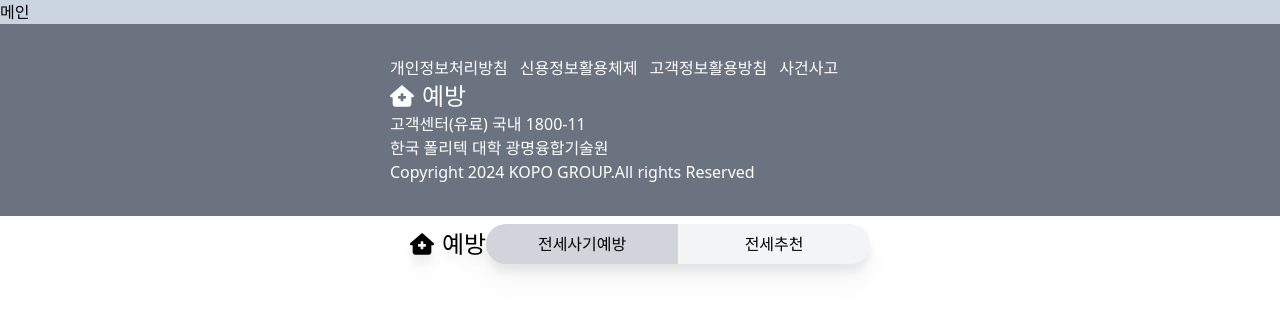
Repository: hanaTI-team-1/frontend
Page: /
These files come from the project's save history. The page is drawn as it stood at one moment and after the next save; the edit follows.
The browser window is 1280 px wide. The pictures show the whole page.
The project was rebuilt for these pictures with package versions that can differ from the ones it lists, and the page was loaded fresh each time. Also part of the build but not shown: vite.config.js, src/App.css, src/components/Recommend.jsx, src/components/Protect.jsx.

Above is the page before, as saved 2024-07-11 21:05:44.

### src/App.jsx
import { Route, Routes } from "react-router-dom";
import "./App.css";
import Main from "./components/Main";
import Recommend from "./components/Recommend";
import Protect from "./components/Protect";

function App() {
  return (
    <>
      <Routes>
        <Route path="/" element={<Main />} />
        <Route path="/protect" element={<Protect />} />
        <Route path="/recommend" element={<Recommend />} />
      </Routes>
    </>
  );
}

export default App;

### src/components/Main.jsx
import { Footer } from './Footer';
import { Header } from './Header';

export default function Main() {
  return (
    <>
      <div className="bg-slate-300">메인</div>
      <Footer />
      <Header />
    </>
  );
}

### src/components/Footer.jsx
import { Logo } from './Logo'

export const Footer = () => {
  return <footer className='h-48 flex items-center justify-center bg-gray-500 text-white'>
    <div className='min-w-[500px]'>
      <nav>
        <ul className='flex gap-3'>
          <li className='cursor-pointer'>개인정보처리방침</li>
          <li className='cursor-pointer'>신용정보활용체제</li>
          <li className='cursor-pointer'>고객정보활용방침</li>
          <li className='cursor-pointer'>사건사고</li>
        </ul>
      </nav>
      <div><Logo /></div>
      <div>고객센터(유료) 국내 1800-11</div>
      <div>한국 폴리텍 대학 광명융합기술원</div>
      <div>Copyright 2024 KOPO GROUP.All rights Reserved</div>
    </div>
  </footer>
}

### src/components/Header.jsx
import { Logo } from './Logo'
import { Link } from 'react-router-dom'

export const Header = () => {
  return <header className='fixed xl:px-40 flex w-full h-14 items-center justify-center drop-shadow-xl'>
    <Logo />
    <nav className='flex'>
      {/* 클릭하면 /proctect로 이동 */}
      <Link to={"/protect"}
        className='h-10 duration-150 rounded-l-full leading-10 bg-gray-300 text-center w-48 cursor-pointer hover:bg-gray-500 hover:rounded-r-full'
      >
        전세사기예방
      </Link>
      {/* 클릭하면 /로 이동 */}
      <Link to={"/recommend"}
        className='h-10 duration-150 rounded-r-full leading-10 bg-gray-100 text-center w-48 cursor-pointer hover:bg-gray-200 hover:rounded-l-full'
      >
        전세추천
      </Link>
    </nav>
    <div />
  </header>

}

### src/components/Logo.jsx
import { FaHouseMedical } from 'react-icons/fa6'
import { Link } from 'react-router-dom'

export const Logo = () => {
  return <Link to={"/"} className='flex items-center gap-2 cursor-pointer'>
    <FaHouseMedical size={24} />
    <span className='text-2xl'>예방</span>
  </Link>
}

Loaded but not shown: index.html (common file); src/main.jsx (common file); src/index.css (common file); tailwind.config.js (common file)

After the next save:
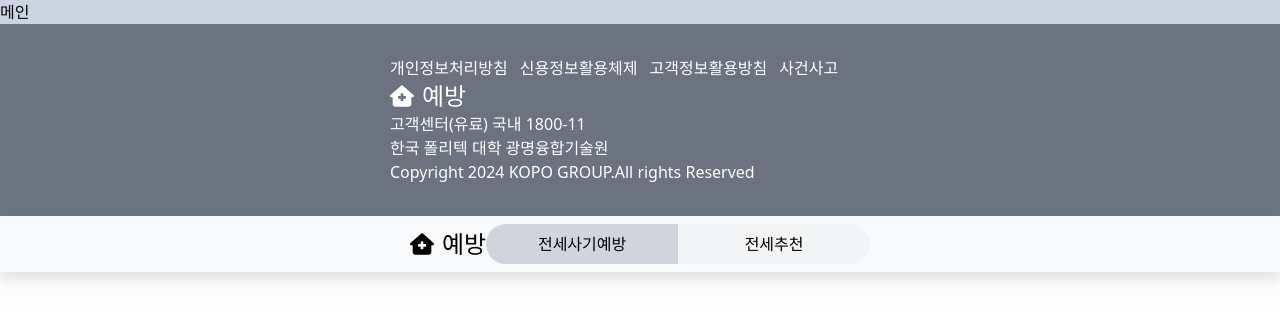
Saved 20 s later.
--- a/src/components/Header.jsx
+++ b/src/components/Header.jsx
@@ -2,7 +2,7 @@ import { Logo } from './Logo'
 import { Link } from 'react-router-dom'
 
 export const Header = () => {
-  return <header className='fixed xl:px-40 flex w-full h-14 items-center justify-center drop-shadow-xl'>
+  return <header className='fixed bg-slate-50 xl:px-40 flex w-full h-14 items-center justify-center drop-shadow-xl'>
     <Logo />
     <nav className='flex'>
       {/* 클릭하면 /proctect로 이동 */}
